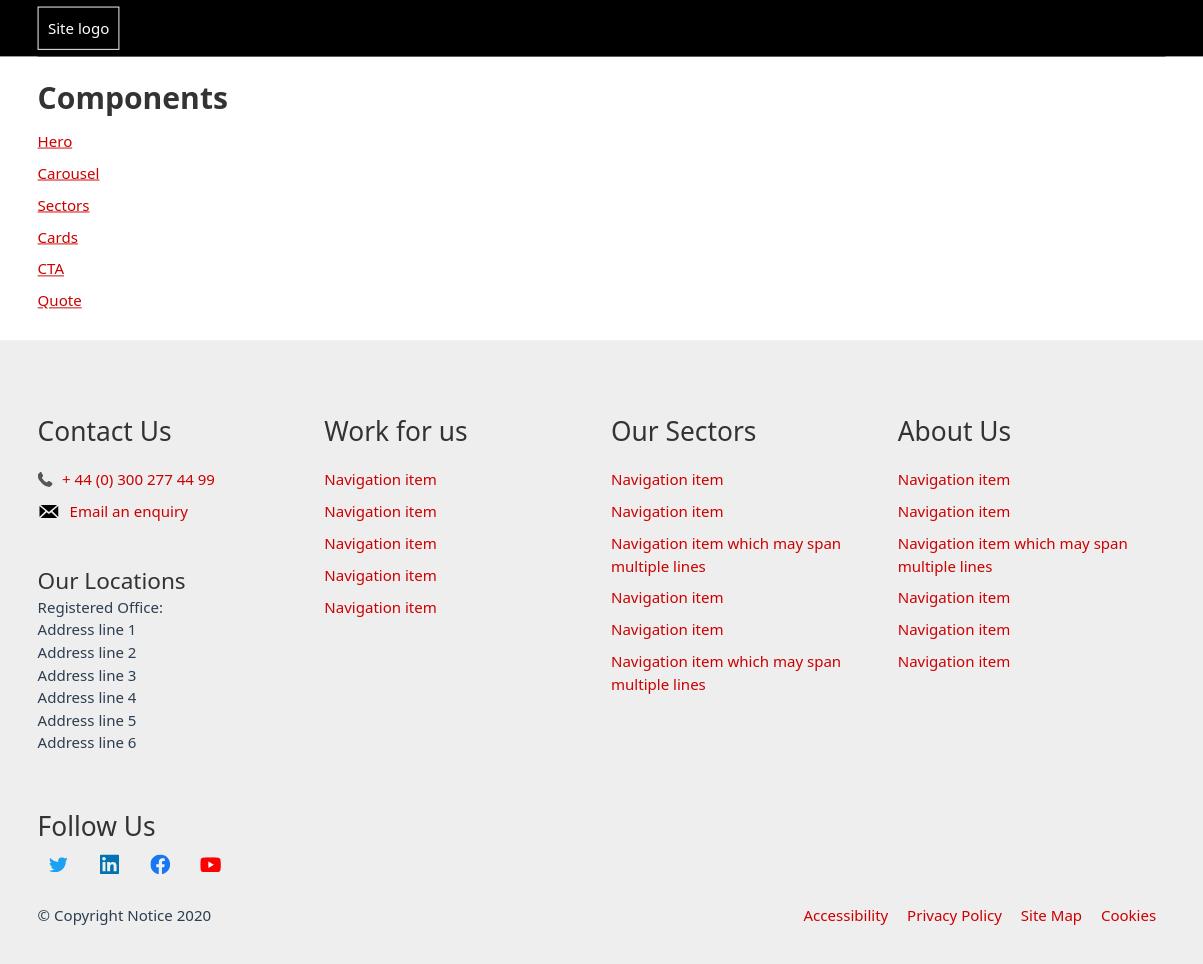
Repository: DaveBaulch/spa
Page: /
The author's editor kept a copy of each file at every save. The page is drawn from the files as they stood at one save, then again after the next save.
The browser window is 1280 px wide. The pictures show the whole page, at 94% of full size.
The project was rebuilt for these pictures with package versions that can differ from the ones it lists, and the page was loaded fresh each time. Also part of the build but not shown: src/assets/styles/main.css.

Above is the page before, as saved 2020-10-16 08:58:59.

### public/index.html
<!DOCTYPE html>
<html lang="en">
  <head>
    <meta charset="utf-8">
    <meta http-equiv="X-UA-Compatible" content="IE=edge">
    <meta name="viewport" content="width=device-width,initial-scale=1.0">
    <link rel="icon" href="<%= BASE_URL %>favicon.ico">
    <title><%= htmlWebpackPlugin.options.title %></title>
    <link href="https://fonts.googleapis.com/css?family=Noto+Sans:400,400i,700,700i&display=swap" rel="stylesheet">

  </head>
  <body>
    <noscript>
      <strong>We're sorry but <%= htmlWebpackPlugin.options.title %> doesn't work properly without JavaScript enabled. Please enable it to continue.</strong>
    </noscript>
    <div id="app"></div>
    <!-- built files will be auto injected -->
  </body>
</html>

### src/App.vue
<template>
  <div id="app">
    <TheSkipLink>
      Skip navigation
    </TheSkipLink>
    <TheHeader @sidenavToggle="displaySidenav = !displaySidenav" />
    <TheSidenav
      :show="displaySidenav"
      @close="displaySidenav = false">
    </TheSidenav>

    <main class="main" id="main">
      <router-view />
    </main>

    <TheFooter />

    <TheScrollTopButton>
      <img src="@/assets/images/svg/chevron-up-white.svg" />
      <span class="sr-only">Back to top</span>
    </TheScrollTopButton>

  </div>
</template>

<script>
import TheHeader from './components/global/TheHeader.vue';
import TheSidenav from '@/components/global/TheSidenav'
import TheFooter from '@/components/global/TheFooter'
import TheSkipLink from '@/components/global/TheSkipLink'
import TheScrollTopButton from '@/components/global/TheScrollTopButton'


export default {
  components: {
    TheHeader,
    TheSidenav,
    TheFooter,
    TheSkipLink,
    TheScrollTopButton
  },
  data() {
    return {
      displaySidenav: false
    }
  }
};
</script>

<style lang="scss">

#app {
  // font-family: Avenir, Helvetica, Arial, sans-serif;
  -webkit-font-smoothing: antialiased;
  -moz-osx-font-smoothing: grayscale;
  text-align: left;
  color: #2c3e50;
}

#nav {
  padding: 30px;

  a {
    font-weight: bold;
    color: #2c3e50;

    &.router-link-exact-active {
      color: #42b983;
    }
  }
}
</style>

### src/assets/sass/_base-styles.scss

@import 'utilities/variables';
@import 'utilities/mixins';
@import 'utilities/animations';

@import 'base/fonts';
@import 'base/resets';
@import 'base/elements';
@import 'base/typography';
@import 'base/forms';

@import 'helpers/text';
@import 'helpers/spacing';
@import 'helpers/colors';

@import 'layout/layout';

### src/components/global/TheHeader.vue
<template>
<div class="header-container">
  <div class="container">
    <header class="header">
      <TheSideNavToggle @toggle="$emit('sidenavToggle')" />
      <div class="logo">
        <router-link to="/" class="logo__link">Site logo</router-link>
      </div>
      <div class="navigation-items">
        <!-- <ul class="nav-list">
          <router-link to="/" class="nav-list__item">Home</router-link> |
          <router-link to="/about" class="nav-list__item">About</router-link>
        </ul> -->
      </div>
    </header>
  </div>
</div>
</template>

<script>
import TheSideNavToggle from "@/components/global/TheSideNavToggle";

export default {
  name: "TheHeader",
  components: {
    TheSideNavToggle
  }
};
</script>

<style scoped lang="scss">
@import '../../assets/sass/utilities/_variables.scss';
@import '../../assets/sass/utilities/_mixins.scss';

.header-container {
  width: 100%;
  min-height: 60px;
  background-color: $black;
  position: fixed;
  z-index: 100;

  @include breakpoint(md) {
    position: relative;
  }
}

.header {
  width: 100%;
  min-height: 60px;
  display: flex;
  justify-content: space-between;
  align-items: center;
  background-color: $black;
  box-sizing: border-box;
  padding: 0;
}

.logo {
  margin: 0;
  padding: 0;
  border: 1px solid $white;
}

.logo__link {
  margin: 0;
  padding: 1rem;
  text-decoration: none;
  color: $white;
  display: block;
}

.navigation-items {
  display: none;

  @include breakpoint(md) {
    display: block;
  }
}

// .nav-list {
//   list-style: none;
//   padding: 0;
//   margin: 0;
//   display: flex;
// }

// .nav-list__item {
//   margin: 0 10px;
// }

// .nav-item a {
//   text-decoration: none;
//   color: $white;
// }

</style>

### src/components/global/TheSidenav.vue
<template>
<div class="sidenav-container">
  <div
    v-if="show"
    class="sidenav-backdrop"
    @click="$emit('close')"></div>
  <transition name="slide-side">
    <div
      v-if="show"
      class="sidenav">
      <ul
        class="nav-list"
        @click="$emit('close')">
        <li class="nav-item"><router-link to="/">Home</router-link></li>
        <li class="nav-item"><router-link to="/hero" class="component-list__link">Hero</router-link></li>
        <li class="nav-item"><router-link to="/carousel" class="component-list__link">Carousel</router-link></li>
        <li class="nav-item"><router-link to="/sectors" class="component-list__link">Sectors</router-link></li>
        <li class="nav-item"><router-link to="/cards" class="component-list__link">Cards</router-link></li>
        <li class="nav-item"><router-link to="/cta" class="component-list__link">CTA</router-link></li>
        <li class="nav-item"><router-link to="/quote" class="component-list__link">Quote</router-link></li>
      </ul>
    </div>
  </transition>
</div>
</template>

<script>
export default {
  name: "TheSidenav",
  props: {
    show: {
      type: Boolean,
      default: false
    }
  }
};
</script>


<style scoped>
.sidenav-container {
  height: 100%;
  width: 100%;
}

.sidenav-backdrop {
  width: 100%;
  height: 100%;
  background-color: rgba(0, 0, 0, 0.7);
  z-index: 1000;
  position: fixed;
  top: 0;
  left: 0;
}

.sidenav {
  height: 100%;
  width: 300px;
  background-color: white;
  z-index: 10000;
  position: fixed;
  top: 0;
  left: 0;
  box-sizing: border-box;
  padding: 30px;
}

.slide-side-enter-active,
.slide-side-leave-active {
  transition: all 0.3s ease-out;
}
.slide-side-enter,
.slide-side-leave-to {
  transform: translateX(-100%);
}

.nav-list {
  list-style: none;
  padding: 0;
  margin: 0;
}

.nav-item {
  margin: 20px 0;
}

.nav-item a {
  text-decoration: none;
  color: black;
  font-size: 1.5rem;
}

.nav-item a:hover,
.nav-item a:active {
  color: red;
}
</style>

### src/components/global/TheSkipLink.vue
<template>
  <a
    href="#main"
    id="skip-navigation"
    class="skip-link"
    ref="skip-navigation"
    v-scroll-to="{el: '#main'}">
    <slot />
  </a>
</template>



<style scoped lang="scss">
@import '../../assets/sass/utilities/_mixins.scss';
@import '../../assets/sass/utilities/_variables.scss';

.skip-link {
  padding: 0.5rem 1rem 1rem 1rem;
  background-color: $white;
  position: absolute;
  top: -100%;
  left: 2px;
  z-index: 200;
  text-decoration: none !important;
  display: none;

  &:focus {
    top: 2px;
    transition: $transition-speed-medium ease all;
    color: $black;
  }

  @include breakpoint(md) {
    display: flex;
  }
}

.skip-link:visited {
  color: $black;
}
</style>

### src/components/global/TheScrollTopButton.vue
<template>
  <a class="btn-scroll-top" :class="{ active: buttonVisible }" ref="scroll-button" id="scroll-top" href="#skip-navigation" v-scroll-to="{el: '#skip-navigation', onDone: onDone}">
    <slot />
  </a>
</template>

<script>
export default {
  name: "TheScrollTopButton",
  data: function () {
    return {
      scrollPosition: null,
      buttonVisible: false
    }
  },
  methods: {
    onDone() {
      document.getElementById('skip-navigation').focus();
    },
    updateScroll() {
      this.scrollPosition = window.scrollY
      // console.log(this.scrollPosition)
      if ( this.scrollPosition > 100 ){
        this.buttonVisible = true;
      } else {
        this.buttonVisible = false;
      }
    }
  },
  mounted() {
    window.addEventListener('scroll', this.updateScroll);
  }
};
</script>


<style scoped lang="scss">
@import "../../assets/sass/utilities/_variables.scss";
@import "../../assets/sass/utilities/_mixins.scss";

.btn-scroll-top {
  position: fixed;
  z-index: 100;
  bottom: 20px;
  right: 20px;
  width: 44px;
  height: 44px;
  overflow: hidden;
  text-indent: -1999em;
  color: $white;
  background-color: $white;
  border: 1px solid $grey-dark;;
  opacity: 0;
  transition: 300ms ease all;
  display: flex;
  align-items: center;
  justify-content: center;
  display: none;

  @include breakpoint(md) {
    bottom: 85px;
    display: flex;
  }

  &.active {
    opacity: 0.9;
  }
}

</style>

### src/views/Home.vue
<template>

  <div class="home">

    <div class="container">
      <h1>Components</h1>
        <ul class="component-list">
          <li class="component-list__item"><router-link to="/hero" class="component-list__link">Hero</router-link></li>
          <li class="component-list__item"><router-link to="/carousel" class="component-list__link">Carousel</router-link></li>
          <li class="component-list__item"><router-link to="/sectors" class="component-list__link">Sectors</router-link></li>
          <li class="component-list__item"><router-link to="/cards" class="component-list__link">Cards</router-link></li>
          <li class="component-list__item"><router-link to="/cta" class="component-list__link">CTA</router-link></li>
          <li class="component-list__item"><router-link to="/quote" class="component-list__link">Quote</router-link></li>
        </ul>
    </div>

  </div>

</template>

<script>
// @ is an alias to /src
export default {
  name: "Home",
  components: {
  }
};
</script>

<style scoped lang="scss">
@import '../assets/sass/utilities/_variables.scss';
@import '../assets/sass/utilities/_mixins.scss';

.component-list {
  list-style: none;
  padding: 0;
  margin: 0;

}

.component-list__item {
  margin: 1rem 0 0 0;
  padding: 0;
}

.component-list__link {
  margin: 0;

  a {
    text-decoration: none;
    color: $white;
  }
}


</style>

### src/assets/sass/utilities/_mixins.scss
@mixin fill {
  width: 100%;
  height: 100%;
}

@mixin imageCover {
  object-fit: cover;
  @include fill;
}

@mixin absoluteFill {
  display: block;
  position: absolute;
  top: 0;
  left: 0;
  @include fill;
}

@mixin textGradient($top: $brand-primary, $bottom: $brand-light) {
  background: linear-gradient($top, $bottom);
  background-clip: text;
  -webkit-text-fill-color: transparent;
}

// accessible text
@mixin sr-only {
  border: 0 !important;

  height: 1px !important;
  margin: (-1px) !important;
  overflow: hidden !important;
  padding: 0 !important;
  position: absolute !important;
  width: 1px !important;
}

// breakpoints
// uses breakpoints defined in variables.scss
@mixin breakpoint($point, $value: 0) {
  @if $point==xs {
    @media screen and (max-width: $xs-max) {
      @content;
    }
  } @else if $point==sm {
    @media screen and (min-width: $sm-min) {
      @content;
    }
  } @else if $point==md {
    @media screen and (min-width: $md-min) {
      @content;
    }
  } @else if $point==lg {
    @media screen and (min-width: $lg-min) {
      @content;
    }
  } @else if $point==xl {
    @media screen and (min-width: $xl-min) {
      @content;
    }
  } @else {
    @media screen and ($point: $value) {
      @content;
    }
  }
}

@mixin between-breakpoints($min, $max) {
  @media screen and (min-width: $min) and (max-width: $max) {
    @content;
  }
}

@mixin full-width {
  width: 100vw;
  position: relative;
  left: 50%;
  right: 50%;
  margin-left: -50vw;
  margin-right: -50vw;
}

### src/assets/sass/utilities/_animations.scss
@keyframes fadeIn {
    from {
      opacity: 0;
      visibility: hidden;
    }
    to {
      opacity: 1;
      visibility: visible;
    }
  }

@keyframes fadeOut {
    from {
      opacity: 1;
      visibility: visible;
    }
    to {
      opacity: 0;
      visibility: hidden;
    }
  }

@keyframes slideTop {
  0% {
    transform: translateY(100px);
  }
  100% {
    transform: translateY(0);
  }
}

@mixin fadeIn($duration: 0.3s) {
  animation: {
    name: fadeIn;
    fill-mode: forwards;
    duration: #{$duration};
  }
}

@mixin fadeOut($duration: 0.3s) {
  animation: {
    name: fadeOut;
    fill-mode: forwards;
    duration: #{$duration};
  }
}

### src/assets/sass/base/_fonts.scss
// @font-face {
//   font-family: 'hurme';
//   src: url('~assets/fonts/hurme/hurme-light.otf') format('opentype');
//   font-weight: $font-weight-light;
// }

// @font-face {
//   font-family: 'hurme';
//   src: url('~assets/fonts/hurme/hurme-regular.otf') format('opentype');
//   font-weight: $font-weight-normal;
// }

// @font-face {
//   font-family: 'hurme';
//   src: url('~assets/fonts/hurme/hurme-semiBold.otf') format('opentype');
//   font-weight: $font-weight-bold;
// }

### src/assets/sass/base/_resets.scss
html {
  //Prevent iOS input highlighting
  box-sizing: border-box;
  font-size: $base-font-size;
  -webkit-tap-highlight-color: rgba(0, 0, 0, 0);
}

body {
  -moz-osx-font-smoothing: grayscale;
  -webkit-font-smoothing: antialiased;
  background-color: $body-bg-color;
  color: $color-text;
  font-size: $body-font-mobile;
  line-height: $base-line-height;
  text-align: left;
  margin: 0;
  padding: 0;
  font-weight: $font-weight-light;

  @include breakpoint(lg) {
    font-size: $body-font-desktop;
  }
}

html,
body {
  max-width: 100% !important;
  overflow-x: hidden !important;
}

img {
  display: block;
  height: auto;
  -ms-interpolation-mode: bicubic;
  // option to make images responsive by default
  max-width: 100%;
}

### src/assets/sass/base/_elements.scss
button {
  cursor: pointer;
  margin: 0;
}

img {
  max-width: 100%;
  pointer-events: none;

  &:not([src]) {
    visibility: hidden;
  }
}

.img-responsive {
  display: block;
  height: auto;
  max-width: 100%;
  width: 100%;
}

a {
  text-decoration: none;
  color: inherit;
}

ul:not([class]) {
  list-style: disc;
}

ol:not([class]) {
  list-style: decimal;
}

### src/assets/sass/base/_typography.scss
body {
  font-family: $font;
  font-weight: $font-weight-normal;
}

// Generic heading styling

h1,
h2,
h3,
h4,
h5 {
  margin: 0;
  padding: 0;
  margin-top: 2rem;
  color: $color-headings;
  font-weight: $font-weight-bold;
}

h1 {
  font-size: 2rem;
  font-weight: 00;
  line-height: 1.6;

  @include breakpoint(lg) {
    font-size: 3.2rem;
    line-height: 1.5;
  }
}

h2 {
  font-size: 2rem;
  font-weight: 400;
  line-height: 1.4;
  margin: 2.9rem 0 0 0;

  @include breakpoint(lg) {
    font-size: 2.8rem;
    line-height: 1.43;
    margin: 4.6rem 0 0 0;
  }
}

h3 {
  font-size: 1.8rem;
  font-weight: 400;
  line-height: 1.33;
  margin: 2.9rem 0 0 0;

  @include breakpoint(lg) {
    font-size: 2.4rem;
    line-height: 1.33;
    margin: 4.6rem 0 0 0;
  }
}

h4 {
  font-size: 1.8rem;
  font-weight: 400;
  line-height: 1.5;
  margin: 2.9rem 0 0 0;


  @include breakpoint(lg) {
    font-size: 2.4rem;
    line-height: 1.4;
    margin: 4.6rem 0 0 0;
  }
}

h5 {
  font-size: 1.8rem;
  font-weight: 400;
  line-height: 1.5;
  margin: 2.9rem 0 0 0;

  @include breakpoint(lg) {
    font-size: 2.4rem;
    line-height: 1.56;
    margin: 4.6rem 0 0 0;
  }
}

// Link styles

a {
  color: $color-link-active;
  text-decoration: underline;
}

a:visited {
  color: $color-link-visited;
}

a:hover {
  color: $color-link-hover;
}

a:focus {
  color: $color-link-hover;
  outline: $focus-outline;
}

// Standard text paragraphs

p {
  margin: 2rem 0 0 0;
  padding: 0;
}

// List styles
ol,
ul {
  margin: 2rem 0 0 0;
  padding: 0;
  list-style: none;

  &:not([class]) {
    margin: 0 1.22rem 0.8rem 1.5rem;
    list-style-position: inside;
  }
}

ol:not([class]) {
  list-style-type: decimal;
}

ul:not([class]) {
  list-style-type: disc;
}

// Definition list styles

dl {
}

dt {
  font-weight: bold;
}

// Opinionated styling of typographic elements

hr {
  height: 1px;
  margin: 1em 0;
  padding: 0;
  display: block;
  border: 0;
  border-top: 1px solid $grey-light;
}

blockquote {
  margin: 0;
  padding: 0 10px;
}

ins {
  background: $red;
  color: $black;
  text-decoration: none;
}

mark {
  font-style: italic;
  font-weight: bold;
}

pre {
  white-space: pre-wrap;
  word-wrap: break-word;
}

### src/assets/sass/helpers/_text.scss
.uppercase {
  text-transform: uppercase;
}

.font-light {
  font-weight: $font-weight-light;
}

.font-normal {
  font-weight: $font-weight-normal;
}

.font-bold {
  font-weight: $font-weight-bold;
}

.sr-only {
  @include sr-only;
}

### src/assets/sass/helpers/_spacing.scss
.no-padding {
  padding: 0;
}

.no-margin {
  margin: 0;
}

### src/assets/sass/helpers/_colors.scss
// .bg-white {
//   background-color: $brand-white;
// }
// .bg-white-alt {
//   background-color: $brand-white-alt;
// }
// .bg-black {
//   background-color: $brand-black;
// }
// .bg-primary {
//   background-color: $brand-primary;
// }
// .bg-primary-alt {
//   background-color: $brand-primary-alt;
// }
// .bg-dark {
//   background-color: $brand-dark;
// }
// .bg-dark-alt {
//   background-color: $brand-dark-alt;
// }
// .bg-light {
//   background-color: $brand-lightest;
// }
// .bg-light-alt {
//   background-color: $brand-light-alt;
// }

### src/assets/sass/layout/_layout.scss
.container {
  width: calc(100% - 30px);
  max-width: 1200px;
  margin: 0 auto;
  padding: 0;
  position: relative;
  padding: 0 15px;
}

.row {
  display: grid;
  grid-template-columns: repeat(12, 1fr);
  grid-gap: 20px;
}

.main {
  padding-top: 60px;

  @include breakpoint(md) {
    padding-top: 0;
  }
}

// picturefill-background background images
.picturefill-background {
  background-size: cover;
  background-repeat: no-repeat;
  opacity: 1;
  transition: opacity 2s ease;

  &.is-lazy {
    opacity: 0;
  }
}

### src/components/global/TheSideNavToggle.vue
<template>
  <div
    class="drawer-toggle"
    role="button"
    @click="$emit('toggle')">
    <div class="bar"></div>
    <div class="bar"></div>
    <div class="bar"></div>
  </div>
</template>

<style scoped>
.drawer-toggle {
  display: flex;
  flex-direction: column;
  justify-content: space-around;
  height: 40px;
  width: 35px;
  cursor: pointer;
}

@media (min-width: 768px) {
  .drawer-toggle {
    display: none;
  }
}

.drawer-toggle .bar {
  width: 90%;
  height: 2px;
  background-color: white;
}
</style>

### src/components/global/TheSocialSharing.vue
<template>
  <div class="social-links-wrapper">
    <h2 class="social-links-title">Follow Us</h2>
    <ul class="social-links">
      <li class="social-links__item">
        <TheSocialSharingItem>
          <img src="@/assets/images/svg/icon-footer-twitter.svg" width="20" height="16" alt="Twitter" />
          <span class="sr-only">Twitter</span>
        </TheSocialSharingItem>
      </li>
      <li class="social-links__item">
        <TheSocialSharingItem>
          <img src="@/assets/images/svg/icon-footer-linkedin.svg" width="21" height="21" alt="LinkedIn" />
          <span class="sr-only">LinkedIn</span>
        </TheSocialSharingItem>
      </li>
      <li class="social-links__item">
        <TheSocialSharingItem>
          <img src="@/assets/images/svg/icon-footer-facebook.svg" width="21" height="21" alt="Facebook" />
          <span class="sr-only">Instagram</span>
        </TheSocialSharingItem>
      </li>
      <li class="social-links__item">
        <TheSocialSharingItem href="https://www.youtube.com/">
          <img src="@/assets/images/svg/icon-footer-youtube.svg" width="22" height="16" alt="YouTube" />
          <span class="sr-only">You Tube</span>
        </TheSocialSharingItem>
      </li>
    </ul>
  </div>
</template>

<script>
import TheSocialSharingItem from "@/components/global/TheSocialSharingItem";

export default {
  name: "TheSocialSharing",
  components: {
    TheSocialSharingItem
  }
};
</script>

<style scoped lang="scss">
@import '../../assets/sass/utilities/_variables.scss';

.social-links {
  margin: 0 auto;
  list-style: none;
  display: flex;
}

.social-links__item {
  margin: 0 1rem 0 0;
}

</style>

### src/components/global/TheSocialSharingItem.vue
<template>
  <a :href="href"
    class="social-sharing-item"
    ><slot /></a>
</template>

<script>
export default {
  name: 'TheSocialSharingItem',
  props: {
    href: {
      type: String,
      default: ''
    }
  }
}
</script>


<style scoped lang="scss">
@import '../../assets/sass/utilities/_variables.scss';

.social-sharing-item {
  display: flex;
  align-items: center;
  justify-content: center;
  width: 44px;
  height: 44px;

  &:hover,
  &:focus {
    color: $color-link-hover;
    text-decoration: underline;
  }
}
</style>

Loaded but not shown: src/registerServiceWorker.js (common file); src/store/index.js (common file); src/router/index.js (94 lines, source omitted); src/main.js (19 lines, source omitted); src/assets/sass/base/_forms.scss (498 lines, source omitted); src/components/global/TheFooter.vue (345 lines, source omitted); src/assets/sass/utilities/_variables.scss (138 lines, source omitted)

After the next save:
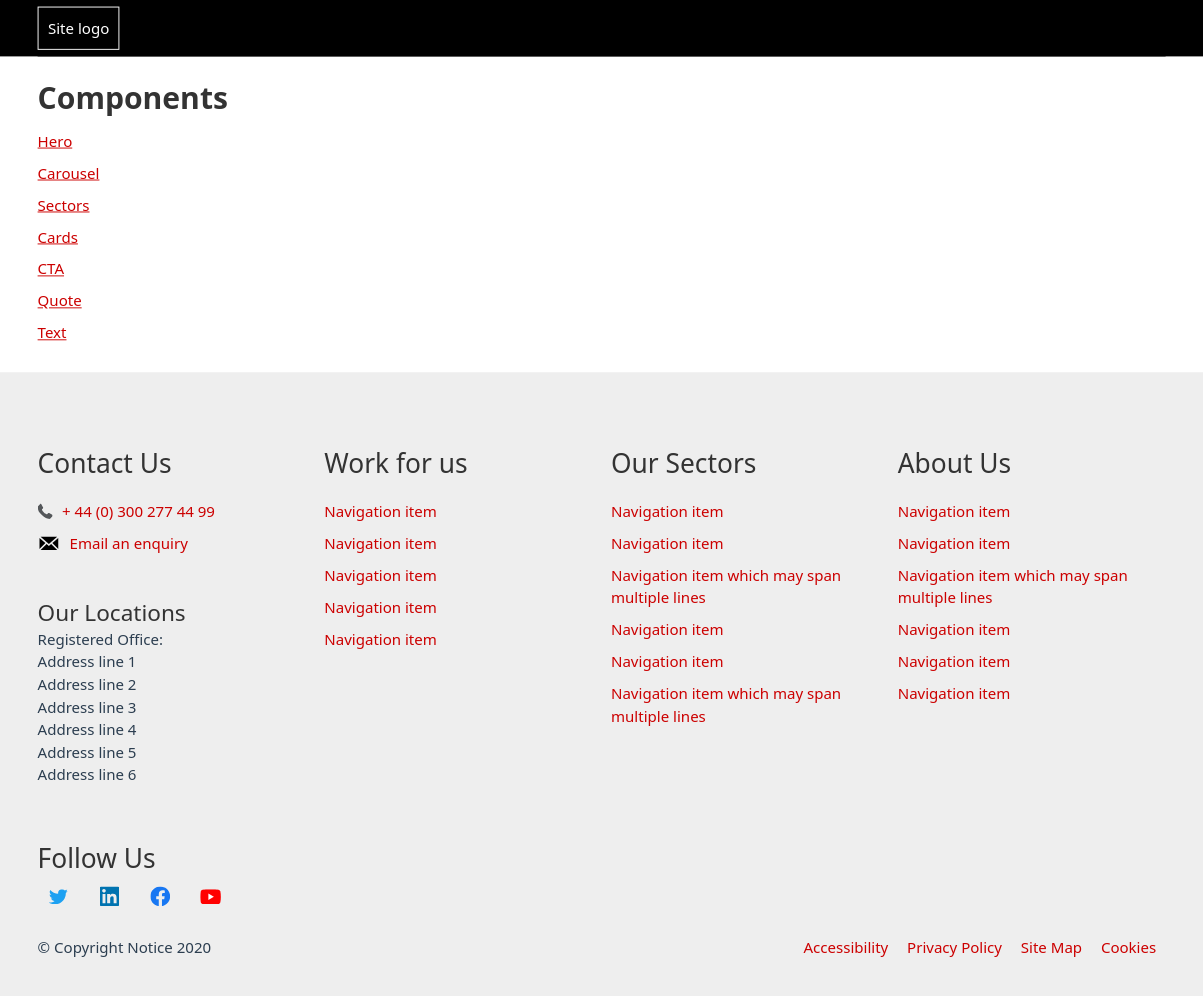
Saved 21 s later.
--- a/src/views/Home.vue
+++ b/src/views/Home.vue
@@ -11,6 +11,7 @@
           <li class="component-list__item"><router-link to="/cards" class="component-list__link">Cards</router-link></li>
           <li class="component-list__item"><router-link to="/cta" class="component-list__link">CTA</router-link></li>
           <li class="component-list__item"><router-link to="/quote" class="component-list__link">Quote</router-link></li>
+          <li class="component-list__item"><router-link to="/text" class="component-list__link">Text</router-link></li>
         </ul>
     </div>
 
